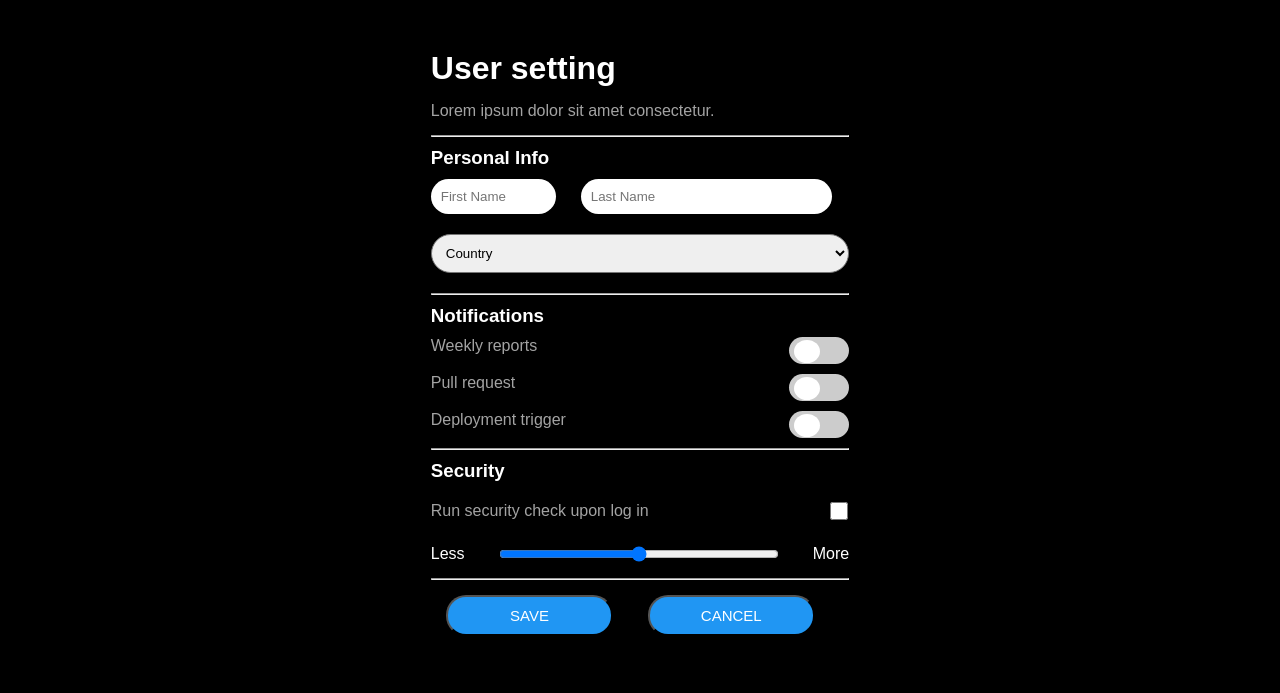
Repository: imokha01/DOM
Page: index.html
These files come from the project's save history. The page is drawn as it stood at one moment and after the next save; the edit follows.
The browser window is 1280 px wide. The pictures show the whole page.

Above is the page before, as saved 2023-12-21 10:10:10.

### index.html
<!DOCTYPE html>
<html lang="en">
  <head>
    <meta charset="UTF-8" />
    <meta name="viewport" content="width=device-width, initial-scale=1.0" />
    <title>Document</title>
    <link rel="stylesheet" href="./index.css" />
  </head>
<body>
  <div class="form_container">
    <form action="#">
      <div>
          <h1>User setting</h1>
          <p id="userPara">Lorem ipsum dolor sit amet consectetur.</p>
      </div>
      <hr>
      <div>
        <h3>Personal Info</h3>
        <input type="text" class="firstName" placeholder="First Name">
        <input type="text" class="lastName" placeholder="Last Name"> <br>
        <select>
            <option value="country" disabled hidden selected>Country</option>
            <option value="Nigeria">Nigeria</option>
            <option value="ghana">Ghana</option>
            <option value="algeria">Algeria</option>
        </select>
        <hr>
        <div>
          <h3>Notifications</h3>
          <div class="weeklyReport">
            <p class="week-para">Weekly reports</p>
            <!-- Rounded switch -->
            <div>
              <label class="switch">
                <input type="checkbox">
               <span class="slider round"></span>
              </label>
            </div>
          </div>
          <div class="pullRequest">
            <p class="pull-para">Pull request</p>
            <!-- Rounded switch -->
            <div>
              <label class="switch">
                <input type="checkbox">
               <span class="slider round"></span>
              </label>
            </div>
          </div>
          <div class="deployment">
            <p class="depoly-para">Deployment trigger</p>
            <!-- Rounded switch -->
            <div>
              <label class="switch">
                <input type="checkbox">
               <span class="slider round"></span>
              </label>
            </div>
          </div>
          <hr>
          <div class="security">
            <h3> Security</h3>
            <div>
              <p id="secu-para">Run security check upon log in</p>
              <input type="checkbox" id="check">
            </div>
            <div>
              <span>Less</span>
              <input type="range" id="range">
              <span> More </span>
            </div>
           <hr>
           <button type="save">SAVE</button>
           <button type="cancel">CANCEL</button
        </div>
        </div>
      </div>
    </form>
  </div>
    <script src="./index.js"></script>
  </body>
</html>

### index.css
* {
    margin: 0;
    padding: 0;
    box-sizing: border-box;
}

body{
    font-family: Arial, Helvetica, sans-serif;
    background-color: black;
    font-size: ;
}

.form_container {
    display: flex;
    justify-content: center;
    align-items: center;
    margin-top: 50px;
    gap: 2px;
    background-color: black;
    color: while;
}

form {
    color: white;
}

form p {
    color: #a3a3a3
}

#userPara {
    padding: 15px 0;
}

h3 {
    margin: 10px 0;
}

.firstName{
    width: 30%;
    padding: 10px;
    border-radius: 20px;
    margin-right: 20px;
    border: none;
  }

  .lastName {
    width: 60%;
    padding: 10px;
    border-radius: 20px;
    border: none;

}

select {
    width: 100%;
    padding: 10px 10px;
    border-radius: 20px;
    margin: 20px 0;
  }

  option {
    padding: 20px 0;

  }
  .weeklyReport,
  .deployment,
  .pullRequest {
    display: flex;
    justify-content: space-between;
    margin-bottom: 10px;
  }

  .security h3 + div {
    display: flex;
    justify-content: space-between;
    padding: 10px 0;
  }

#check {
  width: 20px;
}

.security div:last-of-type{
    width: 100%;
    display: flex;
    justify-content: space-between;
    padding: 15px 0;
  }

  #range {
    width: 280px;
    background-color: green;

  }

  button {
    padding: 10px;
    border-radius: 20px;
    margin: 20px 0;
    font-size: 15px;
    width: 40%;
    margin: 15px;
    background-color: #2096f3;
    color: white;
}

button:hover {
    cursor: pointer;
    background-color: green;
    color: blue;
}






/* The switch - the box around the slider */
.switch {
    position: relative;
    display: inline-block;
    width: 60px;
    height: 27px;
  }

  /* Hide default HTML checkbox */
  .switch input {
    opacity: 0;
    width: 0;
    height: 0;
  }

  /* The slider */
  .slider {
    position: absolute;
    cursor: pointer;
    top: 0;
    left: 0;
    right: 0;
    bottom: 0;
    background-color: #ccc;
    -webkit-transition: .4s;
    transition: .4s;
  }

  .slider:before {
    position: absolute;
    content: "";
    height: 23px;
    width: 26px;
    left: 5px;
    bottom: 1px;
    background-color: white;
    -webkit-transition: .4s;
    transition: .4s;
  }

  input:checked + .slider {
    background-color: #2196F3;
  }

  input:focus + .slider {
    box-shadow: 0 0 1px #2196F3;
  }

  input:checked + .slider:before {
    -webkit-transform: translateX(26px);
    -ms-transform: translateX(26px);
    transform: translateX(26px);
  }

  /* Rounded sliders */
  .slider.round {
    border-radius: 34px;
  }

  .slider.round:before {
    border-radius: 50%;
  }

### index.js
// const button = document.getElementsByTagName("button")[0]
// console.log(button)

// button.style.backgroundColor = "skyblue"
// button.style.padding = "20px";
// button.style.border = "none";
// button.style.borderRadius = "10px";
// button.style.fontSize  = "1.5em";
// button.style.color = "red";

// const body = document.querySelector("body")
// body.style.backgroundColor = "lightgreen";

const newDiv = document.createElement("div");
const newContent = document.createTextNode("hey, What is up");
newDiv.appendChild(newContent);
console.log(newDiv)

const button = document.createElement("button")

After the next save:
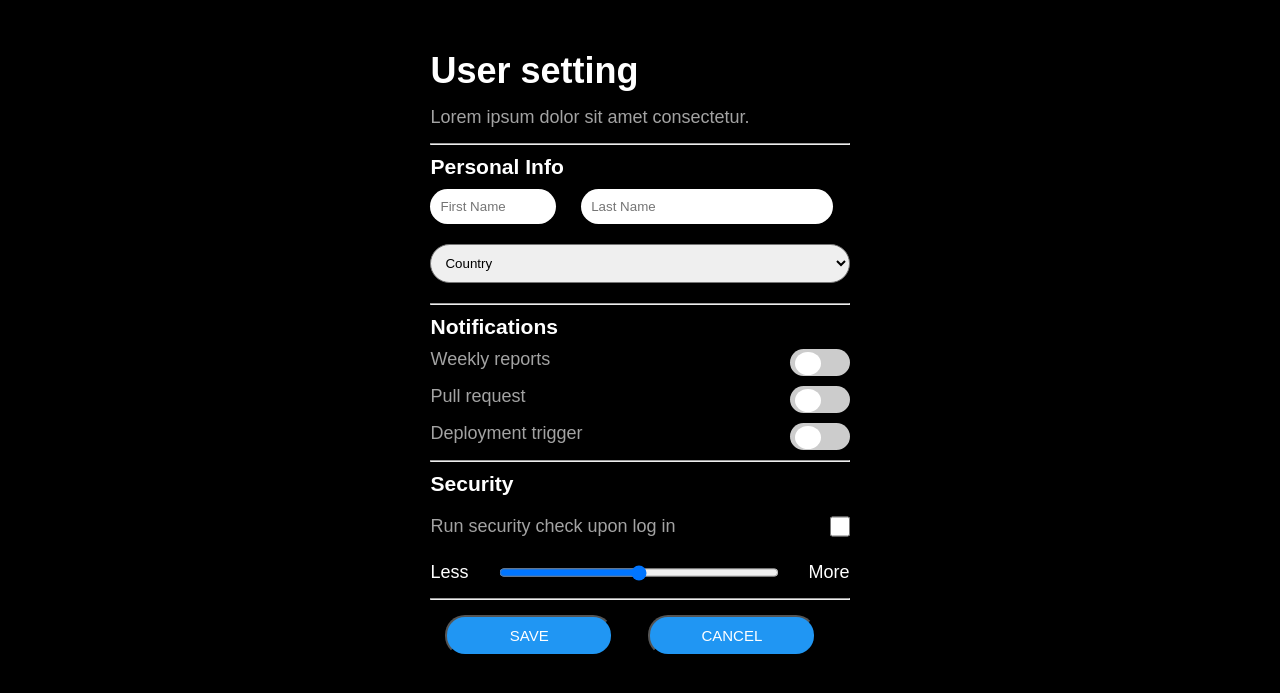
Saved 4 s later.
--- a/index.css
+++ b/index.css
@@ -7,7 +7,7 @@
 body{
     font-family: Arial, Helvetica, sans-serif;
     background-color: black;
-    font-size: ;
+    font-size: 18px;
 }
 
 .form_container {
